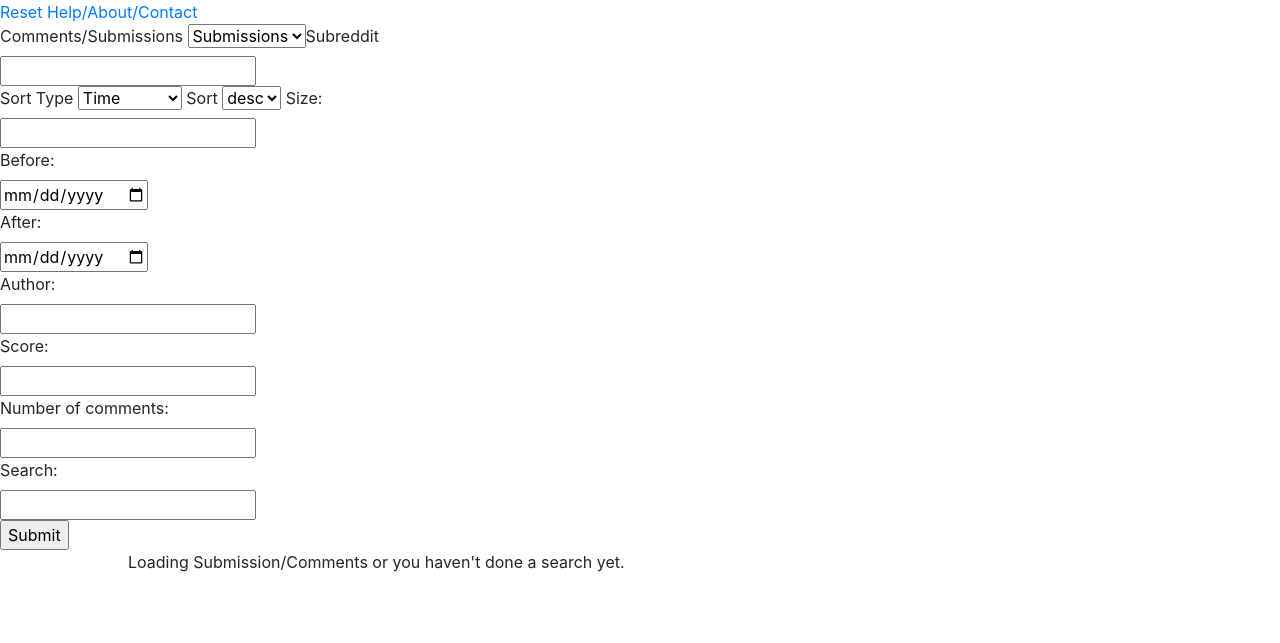
Repository: ihsoyCT/ctarchive
Page: dist/index.html
An editor plug-in stored every save of this project. The page is shown before and after the next save, followed by the edit.
The browser window is 1280 px wide. The pictures show the whole page.

Above is the page before, as saved 2022-05-03 17:12:25.

After the next save:
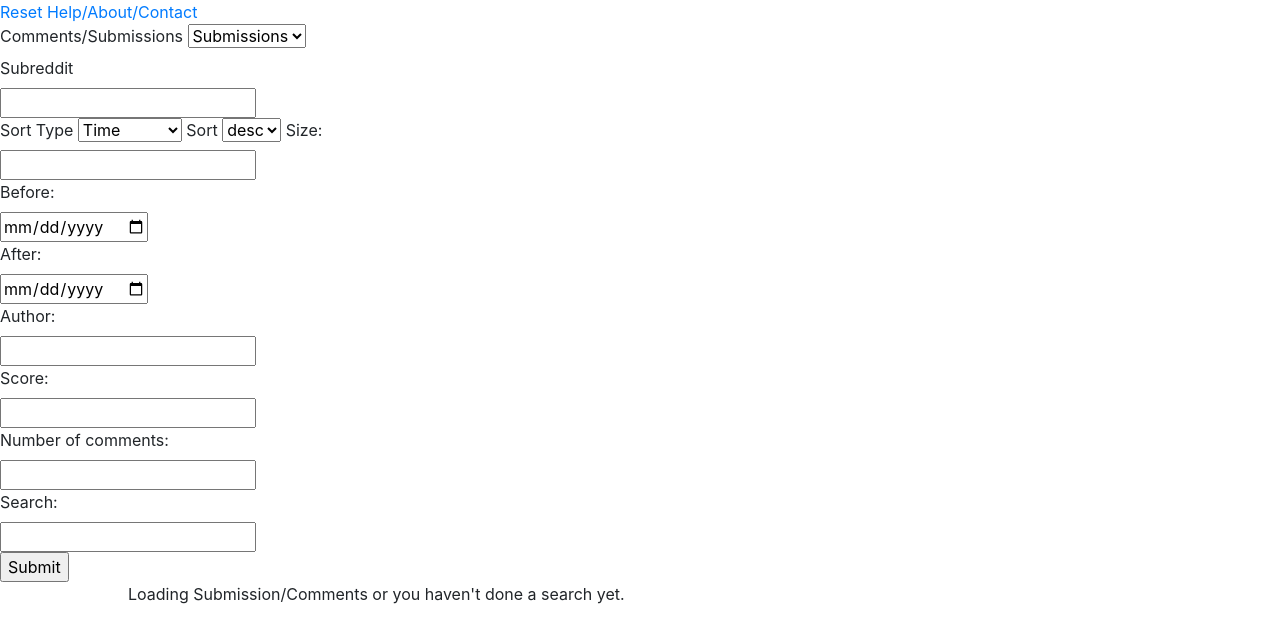
Saved 14 s later.
--- a/dist/index.html
+++ b/dist/index.html
@@ -110,7 +110,7 @@
     <a href="./about.html" id="back">Help/About/Contact</a>
     <div id="searchform">
       <form id="search_form">
-        <div style="float:left">
+        <div>
           <label for="mode">Comments/Submissions</label>
           <select id="mode" name="mode">
               <option value="submissions">Submissions</option>

After the save that followed:
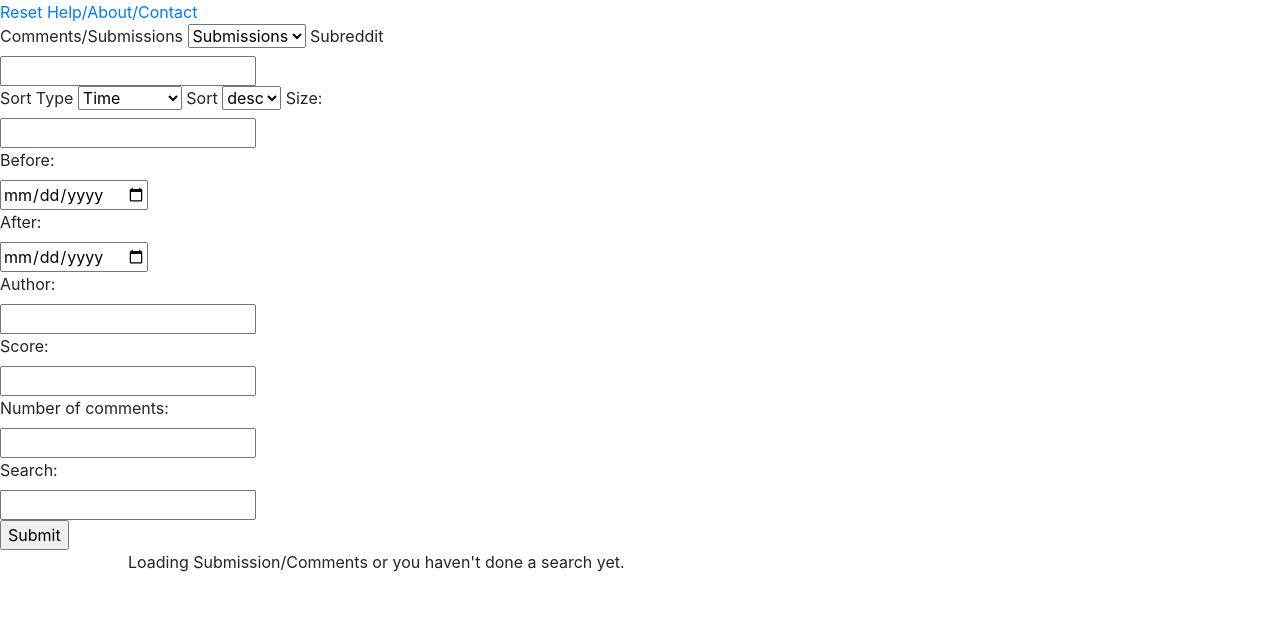
Saved 12 s later.
--- a/dist/index.html
+++ b/dist/index.html
@@ -110,13 +110,11 @@
     <a href="./about.html" id="back">Help/About/Contact</a>
     <div id="searchform">
       <form id="search_form">
-        <div>
           <label for="mode">Comments/Submissions</label>
           <select id="mode" name="mode">
               <option value="submissions">Submissions</option>
               <option value="comments">Comments</option>
           </select>
-        </div>
         <label for="subreddit"> Subreddit </label>
         <input type="text" name="subreddit" id="subreddit" />
         <label for="sort_type">Sort Type</label>
